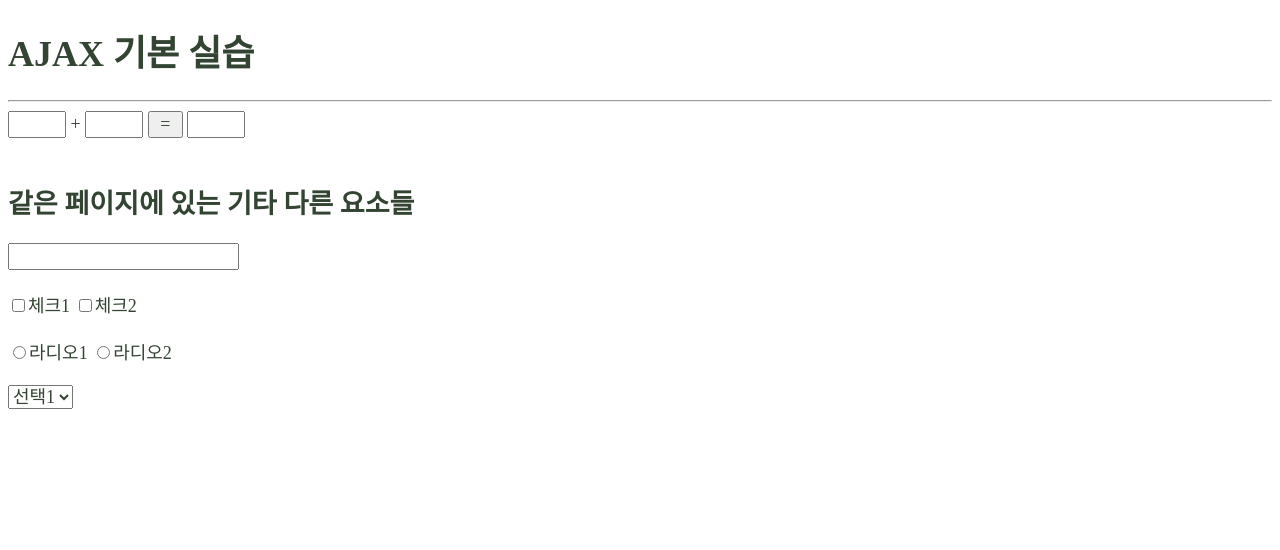
Repository: youngsik0405/Web-study
Page: http://localhost/AjaxApp/WEB-INF/view/AjaxTest02.jsp
These files come from the project's save history. The page is drawn as it stood at one moment and after the next save; the edit follows.
The browser window is 1280 px wide. The pictures show the whole page.
The page is served by Tomcat 9. Nobody is signed in. Other server files are loaded and not shown. The template is opened directly, without the code that normally fills it, so the values that code supplies are empty.

Above is the page before, as saved 2025-01-31 03:46:47.

### AjaxApp/WebContent/WEB-INF/view/AjaxTest02.jsp
<%@ page contentType="text/html; charset=UTF-8"%>
<%@ taglib prefix="c" uri="http://java.sun.com/jsp/jstl/core"%>
<%
	request.setCharacterEncoding("UTF-8");
	String cp = request.getContextPath();
%>
<!DOCTYPE html>
<html>
<head>
<meta charset="UTF-8">
<title>AjaxTest02.jsp</title>
<link rel="stylesheet" type="text/css" href="<%=cp %>/css/main.css">
<style type="text/css">
	.short
	{
		width: 50px;
		text-align: right;
	}

</style>

<script type="text/javascript" src="<%=cp%>/js/ajax.js"></script>
<script type="text/javascript">

	function sum()
	{
		// 확인
		//alert("함수 호출 확인~!!!");

		// 데이터 수집
		var n1 = document.getElementById("num1").value;
		var n2 = document.getElementById("num2").value;

		// URL 구성
		var url = "test02.do?n1=" + n1 + "&n2=" + n2;

		// XMLHttpRequest 객체 생성(→ AJAX 객체) : 스탭 생성
		ajax = createAjax();								//-- ajax.js

		ajax.open("GET", url, true);			// : 스탭한테 어떻게 처리하라고 작업지시서 전달
		//-- 『GET』 : 데이터 전송 및 페이지 요청 방식
		//             (POST 사용 가능. 단, POST 사용 시 헤더 추가 필요)
		//   『url』 : AJAX 요청 페이지
		//             (데이터 수신 및 응답 페이지)
		//   『true』: boolean
		//             true → 비동기, false → 동기. 동기는 사용 안함.
		//-- 실제 서버와의 연결이 아니고
		//   일종의 환경 설정 부분으로 이해하는 것이
		//   (실제 서버 연결은 나중에....)

		// ajax 객체(→ XMLHttpRequest 객체)의 readyState 속성은
		// 각 단계별로 변화되며, 0 부터 4 까지 순차적으로 증가하는 형태로 변화한다.
		// 그 때 마다... 『readystatechange』 이벤트가 발생한다.
		ajax.onreadystatechange = function()	// : 이런 이벤트가 발생할 때마다 체크하셈
		{
			//alert("readyState : " + ajax.readyState);

			// readystatechange 이벤트가 발생한 상황에서...
			// readyState 속성을 확인하여 그 중에서...(0 부터 4 까지의 상태 중에서...)
			// 4 가 되는 순간이 요청했던 서버로부터 응답이 완료된 시점이기 때문에
			// 4 인 경우... 수행해야 할 업무를 진행한다.
			if (ajax.readyState==4)
			{
				// 서버로부터 응답이 완료되었다 하더라도
				// 그 과정에서 데이터가 올바른 것인지 에러 메세지를 받은 것은 아닌지
				// 알 수 없기 때문에 서버로부터 응답받은 코드를 확인한 후
				// 업무를 진행할 수 있도록 처리(구성)한다.
				if (ajax.status==200)
				{
					// 업무 처리
					//-- 업무 코드를 외부로 추출
					callBack();
				}
			}
		};

		ajax.send("");
		//-- 실제 서버에서 AJAX 요청을 한다. (즉, 이 부분이 진짜 연결 작업이다.)
		//   GET 방식으로 데이터를 전송하는 경우... 인자값이 ""
		//   POST 방식으로 데이터를 전송하는 경우... 인자값에 데이터를 넣는다.
		//   현재는 GET 방식의 요청이다. (실무적인 팁으로 비워두는 것은 하지말자.)

	}

	// 추출된 업무 코드
	//-- AJAX 요청이 완료된 후 호출되는 최종 업무 처리 함수
	function callBack()
	{
		// 여기서는 두 가지 방법 중 하나로 데이터를 가져온다.

		// 1. 서버에서 응답한 데이터가 텍스트일 경우(단일 데이터)
		var data = ajax.responseText;		//Test02ok.jsp가 쥐고 있던 result 텍스트값을 받아옴..

		// 2. 서버에서 응답한 데이터가 XML일 경우(다량의 데이터)
		//var data = ajax.responseXML;

		// 서버로부터 수신한 데이터를 업무에 적용한다.
		document.getElementById("result").value = data;

	}

</script>

</head>
<body>

<div>
	<h1>AJAX 기본 실습</h1>
	<hr>
</div>

<input type="text" id="num1" class="short">
+
<input type="text" id="num2" class="short">
<input type="button" value=" = " onclick="sum()">
<input type="text" id="result" class="short">

<br><br>

<h2>같은 페이지에 있는 기타 다른 요소들</h2>

<input type="text">
<br><br>

<label><input type="checkbox" name="check" value="check1">체크1</label>
<label><input type="checkbox" name="check" value="check2">체크2</label>
<br><br>

<label><input type="radio" name="rdo" value="rdo1">라디오1</label>
<label><input type="radio" name="rdo" value="rdo2">라디오2</label>
<br><br>

<select id="sel">
	<option value="1">선택1</option>
	<option value="2">선택2</option>
	<option value="3">선택3</option>
</select>
<br><br>

</body>
</html>

### AjaxApp/WebContent/css/main.css
@charset "UTF-8";


/* main.css */

*
{
	font-family: 맑은 고딕;
	color: #334433;
}

body, p, div, span, input, table, th, td, select
{
	font-size: 18px;
}

.control
{
	border: 1px solid gray;
	border-radius: 3px;
}

.table
{
	border-collapse: collapse;
	width: 100%;
}

.table th, .table td
{
	border: 1px solid gray;
	border-left: 0px;
	border-right: 0px;
	padding: 3px;
	line-height: 150%;
}

.table th
{
	font-weight: bold;
	background-color: #eeeeee;
}

.btn
{
	font-weight: bold;
}

.btn:hover
{
	color: white;
	background-color: #778877;
}

### AjaxApp/WebContent/js/ajax.js
/**
 *  ajax.js
 */

//var xmlHttp;
var ajax;

// AJAX 객체(→ XMLHttpRequest 객체) 생성 함수 정의
function createAjax()
{
	/*
	// ActiveXObject 를 지원하는 브라우저라면...
	if (window.ActiveXObject)								//-- IE 7 이전
	{
		return new ActiveXObject("Msxml2.XMLHTTP");
		// return new ActiveXObject("Microsoft.XMLHTTP");	//line15구문과 같은 뜻~!
		//-- 이와 같은 방식으로 XMLHttpRequest 객체를 생성해서 반환하라.
		//   (ActiveXObject 객체 → XMLHttpRequest 객체의 대리 객체)

	}
	else													//-- 그 외 브라우저
	{
		if (window.XMLHttpRequest)							//-- XMLHttpRequest 지원 브라우저
		{
			return new XMLHttpRequest();
			//-- 이와 같은 방식으로 XMLHttpRequest 객체를 생성해서 반환하라.

		}
		else												//-- AJAX 를 지원하지 않는 브라우저
		{
			return null;
		}
	}
	*/

	if (window.XMLHttpRequest)
	{
		return new XMLHttpRequest();

	}
	else if (window.ActiveXObject)
	{
		//return new ActiveXObject("Msxml2.XMLHTTP");
		return new ActiveXObject("Microsoft.XMLHTTP");	//line43구문과 같은 뜻~!
	}
	else
	{
		return null;
	}
}

After the next save:
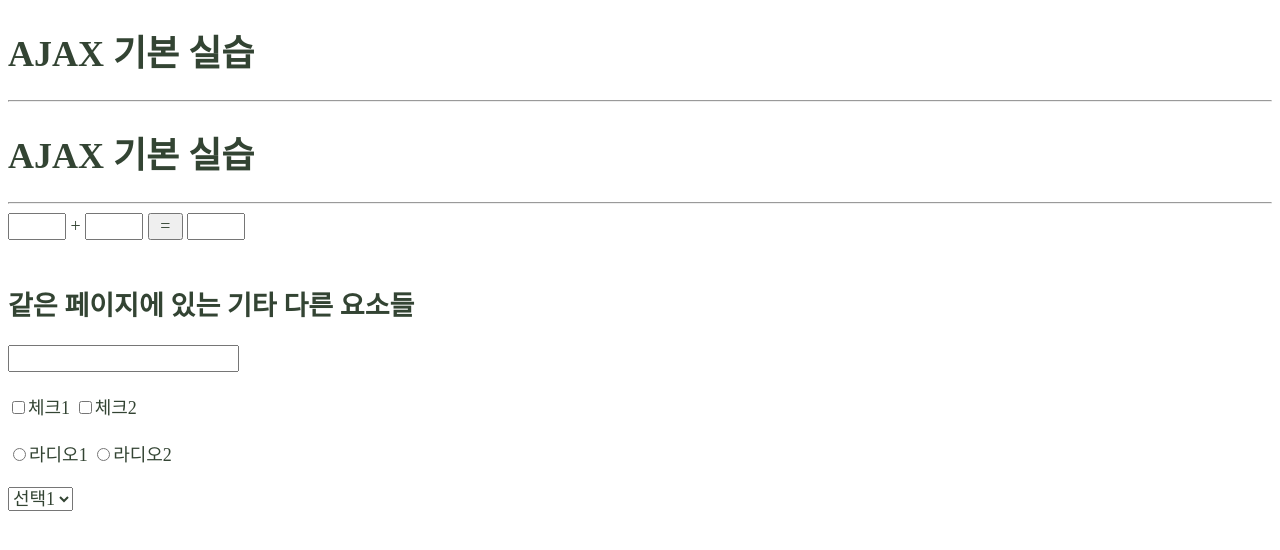
Saved 74 min 3 s later.
--- a/AjaxApp/WebContent/WEB-INF/view/AjaxTest02.jsp
+++ b/AjaxApp/WebContent/WEB-INF/view/AjaxTest02.jsp
@@ -109,6 +109,11 @@
 	<hr>
 </div>
 
+<div>
+	<h1>AJAX 기본 실습</h1>
+	<hr>
+</div>
+
 <input type="text" id="num1" class="short">
 +
 <input type="text" id="num2" class="short">
